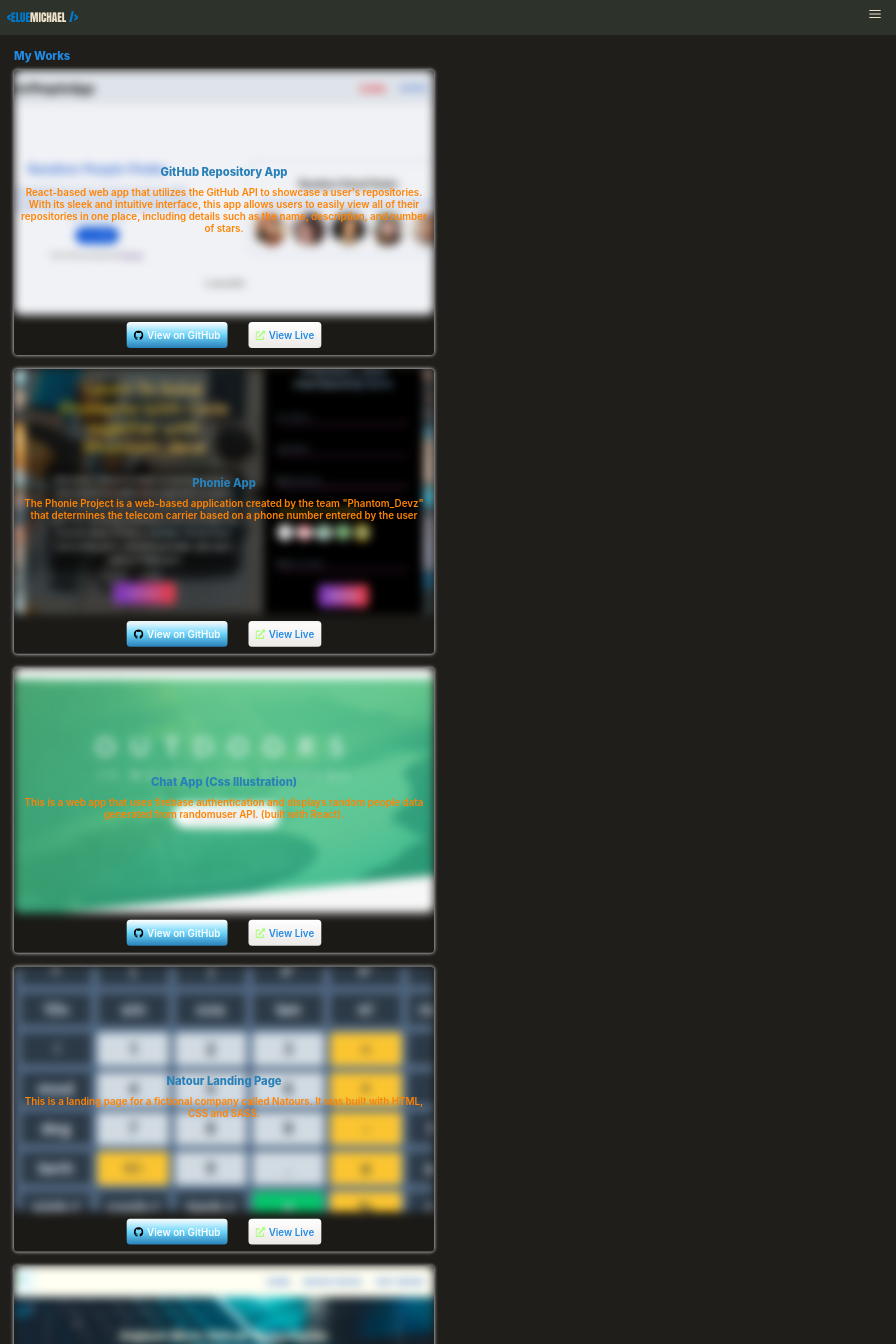
Repository: MikkyPrestige/portfolio
Page: /projects
An editor plug-in stored every save of this project. The page is shown before and after the next save, followed by the edit.
The browser window is 1280 px wide. The pictures show the part of the page from y = 0 to 1920 px (the page is 5651 px tall), at 70% of full size.
The project was rebuilt for these pictures with package versions that can differ from the ones it lists, and the page was loaded fresh each time. Also part of the build but not shown: src/components/avatar.jsx, src/components/home.jsx, src/components/about.jsx, src/components/fallback.jsx.

Above is the page before, as saved 2023-02-21 19:36:39.

### public/index.html
<!DOCTYPE html>
<html lang="en">
  <head>
    <meta charset="utf-8" />
    <link rel="icon" href="%PUBLIC_URL%/favicon.ico" />
    <meta name="viewport" content="width=device-width, initial-scale=1" />
    <meta name="theme-color" content="#000000" />
    <meta
      name="description"
      content="Web site created using create-react-app"
    />
    <link rel="apple-touch-icon" href="%PUBLIC_URL%/logo192.png" />
    <!--
      manifest.json provides metadata used when your web app is installed on a
      user's mobile device or desktop. See https://developers.google.com/web/fundamentals/web-app-manifest/
    -->
    <link rel="manifest" href="%PUBLIC_URL%/manifest.json" />
    <!--
      Notice the use of %PUBLIC_URL% in the tags above.
      It will be replaced with the URL of the `public` folder during the build.
      Only files inside the `public` folder can be referenced from the HTML.

      Unlike "/favicon.ico" or "favicon.ico", "%PUBLIC_URL%/favicon.ico" will
      work correctly both with client-side routing and a non-root public URL.
      Learn how to configure a non-root public URL by running `npm run build`.
    -->
    <title>Elue Michael Portfolio</title>
  </head>
  <body>
    <noscript>You need to enable JavaScript to run this app.</noscript>
    <div id="root"></div>
    <!--
      This HTML file is a template.
      If you open it directly in the browser, you will see an empty page.

      You can add webfonts, meta tags, or analytics to this file.
      The build step will place the bundled scripts into the <body> tag.

      To begin the development, run `npm start` or `yarn start`.
      To create a production bundle, use `npm run build` or `yarn build`.
    -->
  </body>
</html>

### src/assets/styles/sass/main.scss
@import 'abstracts/variables';
@import 'base/utilities';
@import 'base/base';
@import 'layouts/header';
@import 'pages/home';
@import 'pages/about';
@import 'pages/projects';
@import 'base/animation';

// @media (prefers-reduced-motion: no-preference) {
//   .App-logo {
//     animation: App-logo-spin infinite 20s linear;
//   }
// }

// @keyframes App-logo-spin {
//   from {
//     transform: rotate(0deg);
//   }
//   to {
//     transform: rotate(360deg);
//   }
// }

### src/components/projects.jsx
import { Link } from "react-router-dom";
import { FaGithub } from "react-icons/fa";
import { FaExternalLinkAlt } from "react-icons/fa";

const Projects = () => {
  return (
    <div className="project">
      <h1 className="project--title">My Works</h1>
      <div className="project--wrapper">
        <div className="project--card">
          <div className="project--card__blur project--card__blur-1"></div>
          <div className="project--card__content">
            <h2 className="project--card__content__title">GitHub Repository App</h2>
            <p className="project--card__content__desc">
            React-based web app that utilizes the GitHub API to showcase a user's repositories. With its sleek and intuitive interface, this app allows users to easily view all of their repositories in one place, including details such as the name, description, and number of stars.
            </p>
          </div>
          <div className="project--card__links">
            <Link
              to={{ pathname: "https://github.com/MeekyBerry/RandomPeopleApp" }}
              target="_blank"
              className="project--card__links__link github-link-bg"
            >
              <FaGithub style={{ color: "#000"}} />
              View on GitHub
            </Link>
            <Link
              to={{ pathname: "https://randompeopleapp.vercel.app" }}
              target="_blank"
              className="project--card__links__link live-link-bg blue-markup"
            >
              <FaExternalLinkAlt style={{ color: "#a8ff78"}} />
              View Live
            </Link>
          </div>
        </div>
        <div className="project--card">
          <div className="project--card__blur project--card__blur-2"></div>
          <div className="project--card__content">
            <h2 className="project--card__content__title">Phonie App</h2>
            <p className="project--card__content__desc">
              The Phonie Project is a web-based application created by the team
              "Phantom_Devz" that determines the telecom carrier based on a
              phone number entered by the user
            </p>
          </div>
          <div className="project--card__links">
            <Link
              to={{
                pathname:
                  "https://github.com/MeekyBerry/Phonie-project-Phantom_Devz",
              }}
              target="_blank"
              className="project--card__links__link github-link-bg"
            >
              <FaGithub style={{ color: "#000"}} />
              View on GitHub
            </Link>
            <Link
              to={{ pathname: "https://phantom-devz-phonie.netlify.app/" }}
              target="_blank"
              className="project--card__links__link live-link-bg blue-markup"
            >
              <FaExternalLinkAlt style={{ color: "#a8ff78"}} />
              View Live
            </Link>
          </div>
        </div>
        <div className="project--card">
          <div className="project--card__blur project--card__blur-3"></div>
          <div className="project--card__content">
            <h2 className="project--card__content__title">
              Chat App (Css Illustration)
            </h2>
            <p className="project--card__content__desc">
            This is a web app that uses firebase authentication and displays
              random people data generated from randomuser API. (built with
              React).
            </p>
          </div>
          <div className="project--card__links">
            <Link
              to={{
                pathname:
                  "https://github.com/MeekyBerry/Frontend-Mentor-challenges/tree/main/chat-app-css-illustration",
              }}
              target="_blank"
              className="project--card__links__link github-link-bg"
            >
              <FaGithub style={{ color: "#000"}} />
              View on GitHub
            </Link>
            <Link
              to={{ pathname: "https://chat-app-css-project.netlify.app/" }}
              target="_blank"
              className="project--card__links__link live-link-bg blue-markup"
            >
              <FaExternalLinkAlt style={{ color: "#a8ff78"}} />
              View Live
            </Link>
          </div>
        </div>
        <div className="project--card">
          <div className="project--card__blur project--card__blur-4"></div>
          <div className="project--card__content">
            <h2 className="project--card__content__title">
              Natour Landing Page
            </h2>
            <p className="project--card__content__desc">
              This is a landing page for a fictional company called Natours. It
              was built with HTML, CSS and SASS.
            </p>
          </div>
          <div className="project--card__links">
            <Link
              to={{
                pathname:
                  "https://github.com/MeekyBerry/Advanced-CSS-Sass-Course-Projects/tree/master/Natours-project",
              }}
              target="_blank"
              className="project--card__links__link github-link-bg"
            >
              <FaGithub style={{ color: "#000"}} />
              View on GitHub
            </Link>
            <Link
              to={{ pathname: "https://natour-landing-page.netlify.app/" }}
              target="_blank"
              className="project--card__links__link live-link-bg blue-markup"
            >
              <FaExternalLinkAlt style={{ color: "#a8ff78"}} />
              View Live
            </Link>
          </div>
        </div>
        <div className="project--card">
          <div className="project--card__blur project--card__blur-5"></div>
          <div className="project--card__content">
            <h2 className="project--card__content__title">
              GitHub Repository App
            </h2>
            <p className="project--card__content__desc">
              This is a web app that uses the GitHub API to display a user's
              repositories. It was built with React.
            </p>
          </div>
          <div className="project--card__links">
            <Link
              to={{
                pathname:
                  "https://github.com/MeekyBerry/exam-project-altschoolafrica",
              }}
              target="_blank"
              className="project--card__links__link github-link-bg"
            >
              <FaGithub style={{ color: "#000"}} />
              View on GitHub
            </Link>
            <Link
              to={{ pathname: "https://github-repos-display.vercel.app/" }}
              target="_blank"
              className="project--card__links__link live-link-bg blue-markup"
            >
              <FaExternalLinkAlt style={{ color: "#a8ff78"}} />
              View Live
            </Link>
          </div>
        </div>
        <div className="project--card">
          <div className="project--card__blur project--card__blur-6"></div>
          <div className="project--card__content">
            <h2 className="project--card__content__title">
              Trillo Landing Page
            </h2>
            <p className="project--card__content__desc">
              This is a landing page for a fictional company called Trillo. It
              was built with HTML, CSS and SASS.
            </p>
          </div>
          <div className="project--card__links">
            <Link
              to={{
                pathname:
                  "https://github.com/MeekyBerry/Advanced-CSS-Sass-Course-Projects/tree/master/Trillow-project",
              }}
              target="_blank"
              className="project--card__links__link github-link-bg"
            >
              <FaGithub style={{ color: "#000"}} />
              View on GitHub
            </Link>
            <Link
              to={{
                pathname: "https://fantastic-crostata-3e9a02.netlify.app/",
              }}
              target="_blank"
              className="project--card__links__link live-link-bg blue-markup"
            >
              <FaExternalLinkAlt style={{ color: "#a8ff78"}} />
              View Live
            </Link>
          </div>
        </div>
        <div className="project--card">
          <div className="project--card__blur project--card__blur-7"></div>
          <div className="project--card__content">
            <h2 className="project--card__content__title">
              Phony Authentication
            </h2>
            <p className="project--card__content__desc">
              This is a simple authentication app built with React and Firebase.
            </p>
          </div>
          <div className="project--card__links">
            <Link
              to={{
                pathname:
                  "https://github.com/MeekyBerry/fake-user-authentication",
              }}
              target="_blank"
              className="project--card__links__link github-link-bg"
            >
              <FaGithub style={{ color: "#000"}} />
              View on GitHub
            </Link>
            <Link
              to={{ pathname: "https://fake-auth.vercel.app/" }}
              target="_blank"
              className="project--card__links__link live-link-bg blue-markup"
            >
              <FaExternalLinkAlt style={{ color: "#a8ff78"}} />
              View Live
            </Link>
          </div>
        </div>
        <div className="project--card">
          <div className="project--card__blur project--card__blur-8"></div>
          <div className="project--card__content">
            <h2 className="project--card__content__title">Calculator</h2>
            <p className="project--card__content__desc">
              This is a simple calculator app built with React.
            </p>
          </div>
          <div className="project--card__links">
            <Link
              to={{ pathname: "https://github.com/MeekyBerry/calculator" }}
              target="_blank"
              className="project--card__links__link github-link-bg"
            >
              <FaGithub style={{ color: "#000"}} />
              View on GitHub
            </Link>
            <Link
              to={{ pathname: "https://calculator-omega-murex.vercel.app/" }}
              target="_blank"
              className="project--card__links__link live-link-bg blue-markup"
            >
              <FaExternalLinkAlt style={{ color: "#a8ff78"}} />
              View Live
            </Link>
          </div>
        </div>
        <div className="project--card">
          <div className="project--card__blur project--card__blur-9"></div>
          <div className="project--card__content">
            <h2 className="project--card__content__title">
              Interactive Rating Component
            </h2>
            <p className="project--card__content__desc">
              This is an interactive rating component built with HTML, CSS and
              JavaScript
            </p>
          </div>
          <div className="project--card__links">
            <Link
              to={{
                pathname:
                  "https://github.com/MeekyBerry/Frontend-Mentor-challenges/tree/main/interactive-rating-component",
              }}
              target="_blank"
              className="project--card__links__link github-link-bg"
            >
              <FaGithub style={{ color: "#000"}} />
              View on GitHub
            </Link>
            <Link
              to={{
                pathname:
                  "https://interactive-ratings-component-project.netlify.app/",
              }}
              target="_blank"
              className="project--card__links__link live-link-bg blue-markup"
            >
              <FaExternalLinkAlt style={{ color: "#a8ff78"}} />
              View Live
            </Link>
          </div>
        </div>
        <div className="project--card">
          <div className="project--card__blur project--card__blur-10"></div>
          <div className="project--card__content">
            <h2 className="project--card__content__title">
              Flyo Data Store layout
            </h2>
            <p className="project--card__content__desc">
              This is a layout for a fictional company called Flyo. It was built
              with HTML and Css
            </p>
          </div>
          <div className="project--card__links">
            <Link
              to={{
                pathname:
                  "https://github.com/MeekyBerry/Frontend-Mentor-challenges/tree/main/fylo-data-store-layout",
              }}
              target="_blank"
              className="project--card__links__link github-link-bg"
            >
              <FaGithub style={{ color: "#000"}} />
              View on GitHub
            </Link>
            <Link
              to={{ pathname: "https://fylo-data-store-layout.netlify.app/" }}
              target="_blank"
              className="project--card__links__link live-link-bg blue-markup"
            >
              <FaExternalLinkAlt style={{ color: "#a8ff78"}} />
              View Live
            </Link>
          </div>
        </div>
        <div className="project--card">
          <div className="project--card__blur project--card__blur-11"></div>
          <div className="project--card__content">
            <h2 className="project--card__content__title">
              Order Summary Card Component
            </h2>
            <p className="project--card__content__desc">
              This is a card component built with HTML and CSS
            </p>
          </div>
          <div className="project--card__links">
            <Link
              to={{
                pathname:
                  "https://github.com/MeekyBerry/Frontend-Mentor-challenges/tree/main/order-summary-card-component",
              }}
              target="_blank"
              className="project--card__links__link github-link-bg"
            >
              <FaGithub style={{ color: "#000"}} />
              View on GitHub
            </Link>
            <Link
              to={{
                pathname: "https://order-summary-card-project.netlify.app/",
              }}
              target="_blank"
              className="project--card__links__link live-link-bg blue-markup"
            >
              <FaExternalLinkAlt style={{ color: "#a8ff78"}} />
              View Live
            </Link>
          </div>
        </div>
        <div className="project--card">
          <div className="project--card__blur project--card__blur-13"></div>
          <div className="project--card__content">
            <h2 className="project--card__content__title">
              Stats Preview Card Component
            </h2>
            <p className="project--card__content__desc">
              This is a card component built with HTML and CSS
            </p>
          </div>
          <div className="project--card__links">
            <Link
              to={{
                pathname:
                  "https://github.com/MeekyBerry/Frontend-Mentor-challenges/tree/main/stats-preview-card-compo",
              }}
              target="_blank"
              className="project--card__links__link github-link-bg"
            >
              <FaGithub style={{ color: "#000"}} />
              View on GitHub
            </Link>
            <Link
              to={{
                pathname: "https://stats-preview-card-project.netlify.app/",
              }}
              target="_blank"
              className="project--card__links__link live-link-bg blue-markup"
            >
              <FaExternalLinkAlt style={{ color: "#a8ff78"}} />
              View Live
            </Link>
          </div>
        </div>
        <div className="project--card">
          <div className="project--card__blur project--card__blur-14"></div>
          <div className="project--card__content">
            <h2 className="project--card__content__title">
              Shoe Brand Landing Page
            </h2>
            <p className="project--card__content__desc">
              This is a landing page for a shoe brand built with HTML and CSS
            </p>
          </div>
          <div className="project--card__links">
            <Link
              to={{
                pathname:
                  "https://github.com/MeekyBerry/Shoe-brand-landing-page",
              }}
              target="_blank"
              className="project--card__links__link github-link-bg"
            >
              <FaGithub style={{ color: "#000"}} />
              View on GitHub
            </Link>
            <Link
              to={{ pathname: "https://shoe-brand-landing-page.netlify.app/" }}
              target="_blank"
              className="project--card__links__link live-link-bg blue-markup"
            >
              <FaExternalLinkAlt style={{ color: "#a8ff78"}} />
              View Live
            </Link>
          </div>
        </div>
      </div>
    </div>
  );
};

export default Projects;

### src/assets/styles/sass/base/_utilities.scss
.github-link-bg {
  background: linear-gradient(to top, var(--dark-blue--1), var(--light-blue--2), var(--color--white));
}

.live-link-bg {
  background: linear-gradient(to top, var(--color--white-2), var(--color--white));
}

.blue-markup {
  color: var(--blue-cyan) !important;
}

### src/assets/styles/sass/base/_base.scss
*,
*::after,
*::before {
  margin: 0;
  padding: 0;
  box-sizing: border-box;
}

html {
  font-size: 62.5%;
  font-family: var(--font-family);
  color: var(--color-white);
  background-color: var(--color--bg);
}

::selection {
  background-color: var(--color-primary);
  color: var(--color-white);
}

### src/assets/styles/sass/pages/home.scss
.home {
  width: 100%;
  height: 100vh;
  background: radial-gradient(100% 100% at 50% 100%, var(--color--bg-dark-2) 21.52%, var(--color--bg-dark) 100%);

  &--contents {
    display: flex;
    flex-direction: column;
    justify-content: center;
    align-items: center;
    padding: 3rem 5rem;
    gap: 3rem;
  }

  &--content {
    display: flex;
    flex-direction: column;
    align-items: flex-start;
    padding: 0;
    gap: .5rem;

    &__title {
      font-family: var(--font-family--secondary);
      font-size: var(--font-size--x-large);
      font-weight: var(--font-weight--boldest);
      color: var(--dark-blue);
    }

    &__subtitle {
      font-family: var(--font-family--secondary);
      font-size: var(--font-size--large);
      font-weight: var(--font-weight--bold);
      color: var(--color--text);
    }

    &__desc {
      font-family: var(--font-family--secondary);
      font-size: var(--font-size--small);
      font-weight: var(--font-weight--regular);
      color: var(--color--white-1);
    }
  }

  &--avatar {
    border-radius: 5%;
    -webkit-border-radius: 5%;
    -moz-border-radius: 5%;
    -ms-border-radius: 5%;
    -o-border-radius: 5%;
    background-image: radial-gradient(circle, var(--blue-cyan) 5%, var(--light-blue--1) 95%);
  }
}

### src/assets/styles/sass/base/_animation.scss
//  INFINITE HEARTBEAT PAUSE ANIMATION

@keyframes Heartbeat {
  0% {
    transform: scale(1);
    -webkit-transform: scale(1);
    -moz-transform: scale(1);
    -ms-transform: scale(1);
    -o-transform: scale(1);
  }

  50% {
    transform: scale(1.05);
    -webkit-transform: scale(1.05);
    -moz-transform: scale(1.05);
    -ms-transform: scale(1.05);
    -o-transform: scale(1.05);
  }

  100% {
    transform: scale(1);
    -webkit-transform: scale(1);
    -moz-transform: scale(1);
    -ms-transform: scale(1);
    -o-transform: scale(1);
  }
}

Loaded but not shown: src/index.css (common file); src/reportWebVitals.js (common file); src/index.js (21 lines, source omitted); src/App.js (22 lines, source omitted); src/components/layout.jsx (141 lines, source omitted); src/assets/styles/sass/pages/_projects.scss (166 lines, source omitted); src/assets/styles/sass/pages/_about.scss (158 lines, source omitted); src/assets/styles/sass/layouts/_header.scss (111 lines, source omitted); src/assets/styles/sass/abstracts/_variables.scss (67 lines, source omitted)

After the next save:
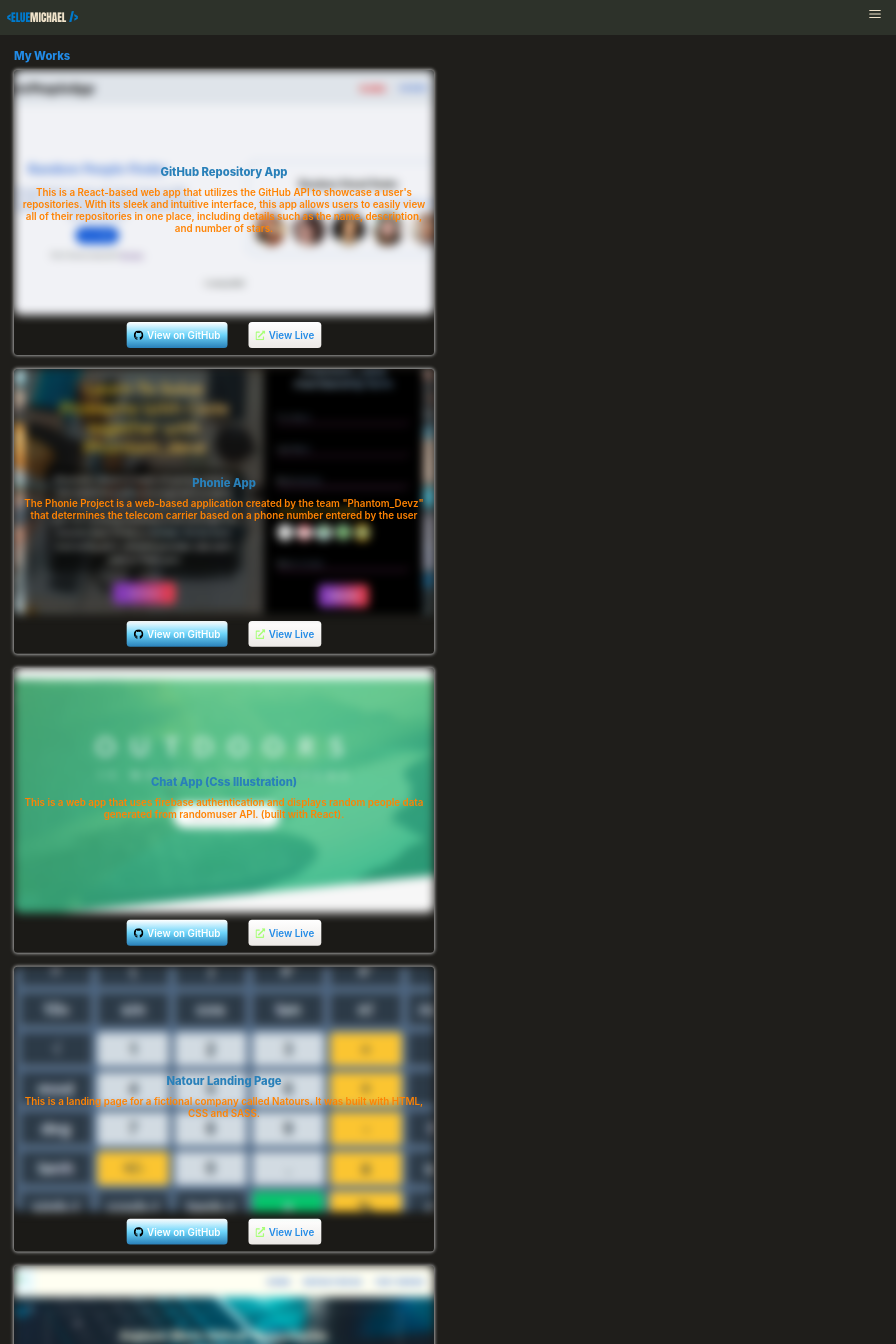
Saved 24 s later.
--- a/src/components/projects.jsx
+++ b/src/components/projects.jsx
@@ -12,7 +12,7 @@ const Projects = () => {
           <div className="project--card__content">
             <h2 className="project--card__content__title">GitHub Repository App</h2>
             <p className="project--card__content__desc">
-            React-based web app that utilizes the GitHub API to showcase a user's repositories. With its sleek and intuitive interface, this app allows users to easily view all of their repositories in one place, including details such as the name, description, and number of stars.
+            This is a React-based web app that utilizes the GitHub API to showcase a user's repositories. With its sleek and intuitive interface, this app allows users to easily view all of their repositories in one place, including details such as the name, description, and number of stars.
             </p>
           </div>
           <div className="project--card__links">
